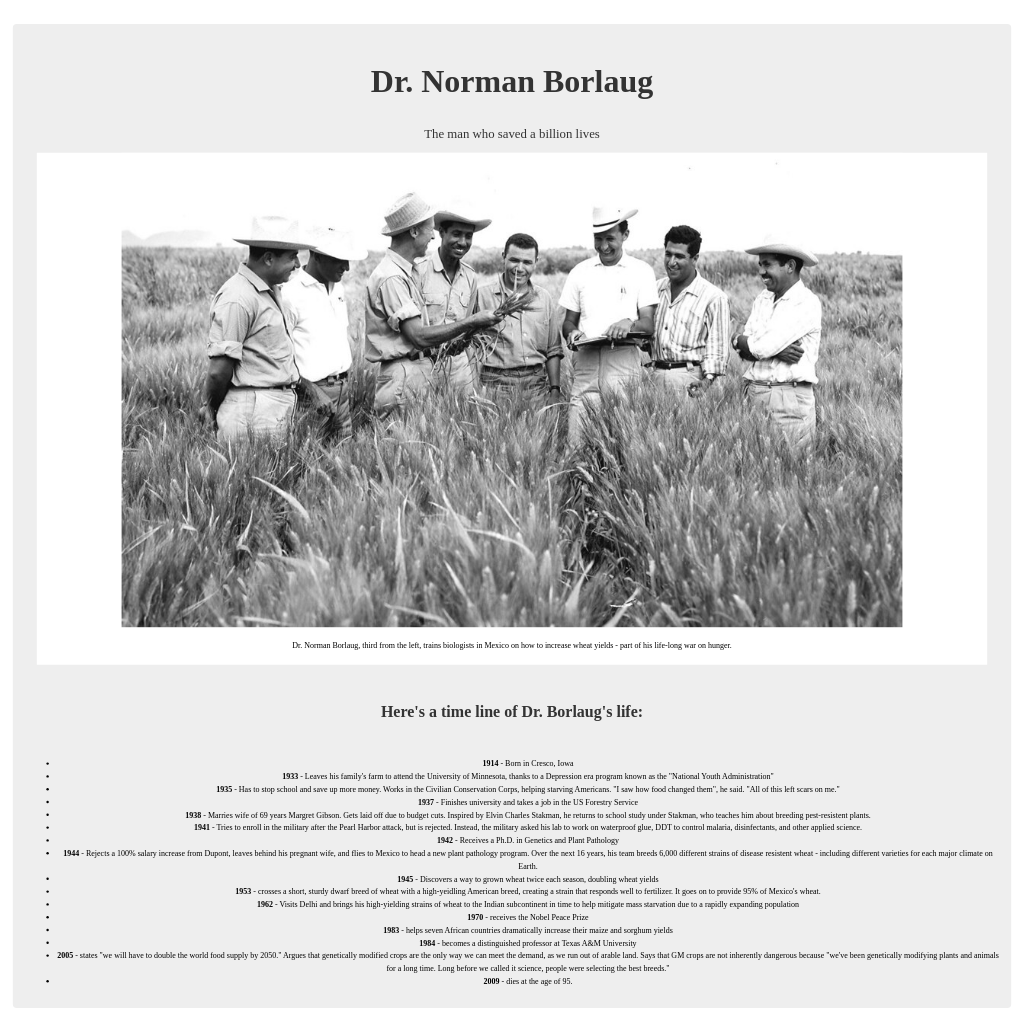
Repository: HTDuy01/github-demo
Page: freecodecamp/index.html
These files come from the project's save history. The page is drawn as it stood at one moment and after the next save; the edit follows.
The browser window is 1280 px wide. The pictures show the whole page, at 80% of full size.

Above is the page before, as saved 2021-11-18 20:54:29.

After the next save:
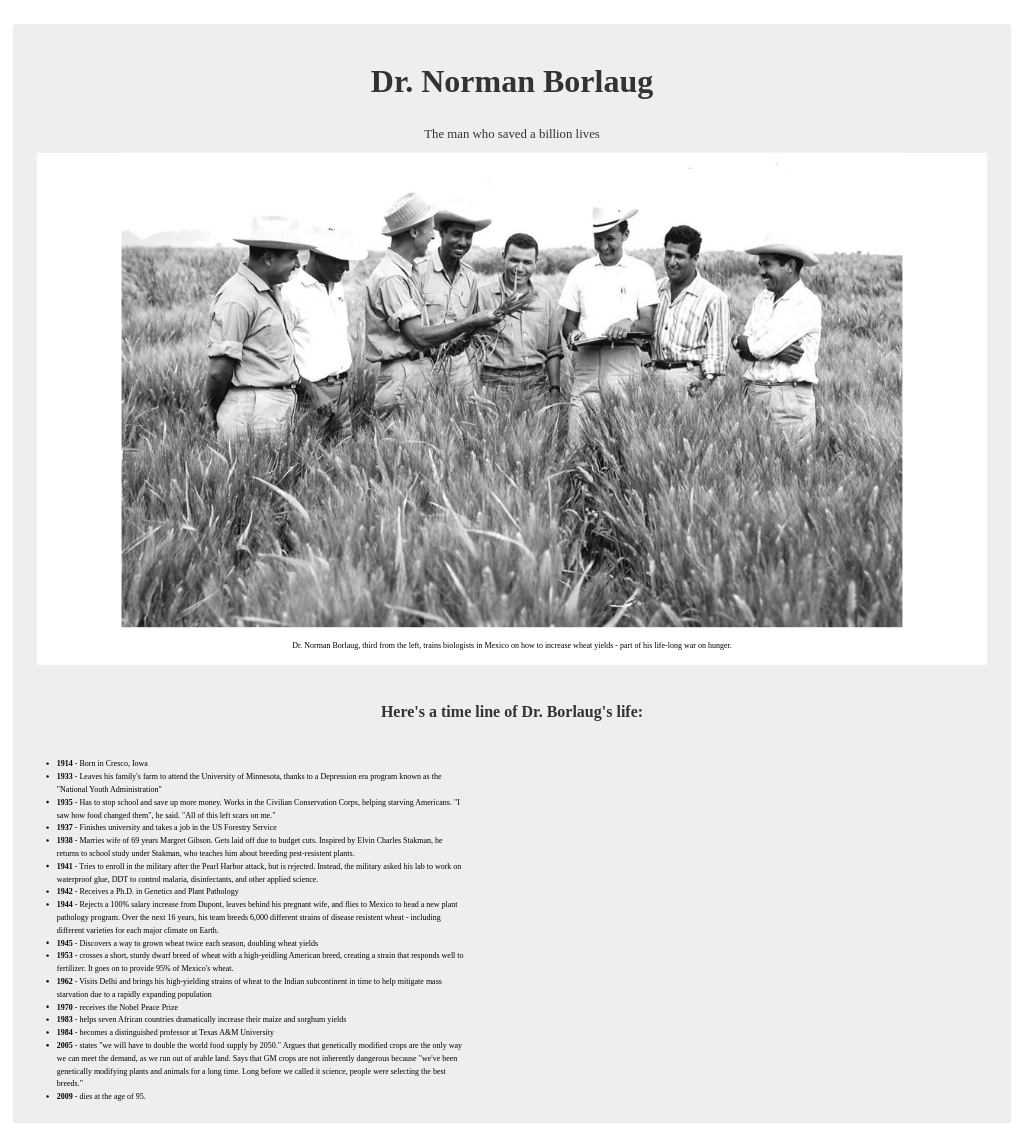
Saved 20 s later.
--- a/freecodecamp/assets/css/style.css
+++ b/freecodecamp/assets/css/style.css
@@ -52,5 +52,6 @@
 }
 
 .content-list {
-    text-align: center;
+    max-width: 550px;
+    text-align: left;
 }
